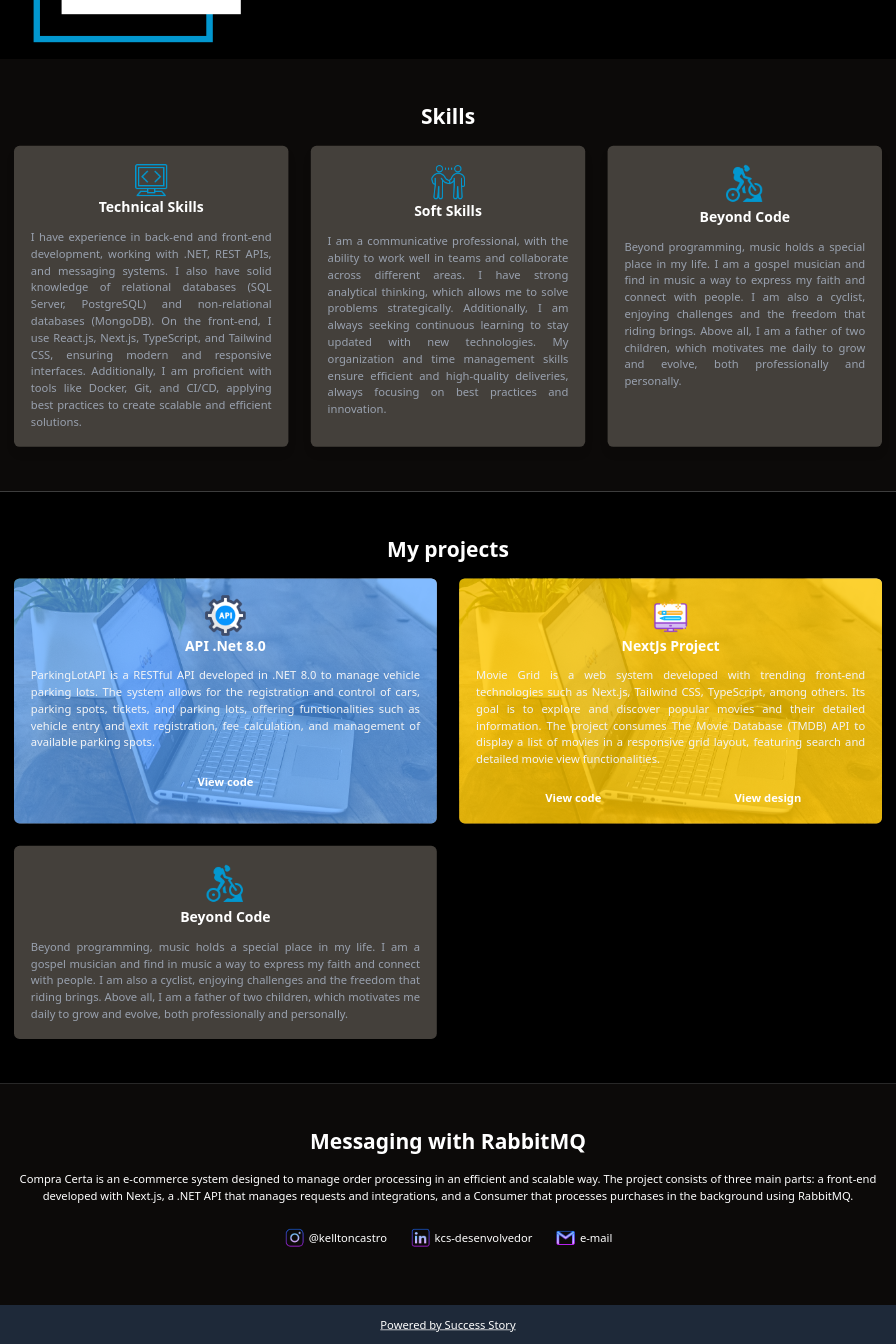
Repository: kcsdesenvolvedor/portfolio
Page: src/index.html
These files come from the project's save history. The page is drawn as it stood at one moment and after the next save; the edit follows.
The browser window is 1280 px wide. The pictures show the part of the page from y = 886 to 2806 px (the page is 2806 px tall before and 2782 px after), at 70% of full size.

Above is the page before, as saved 2025-03-23 16:26:42.
Console error: TypeError: Cannot read properties of null (reading 'textContent')

After the next save:
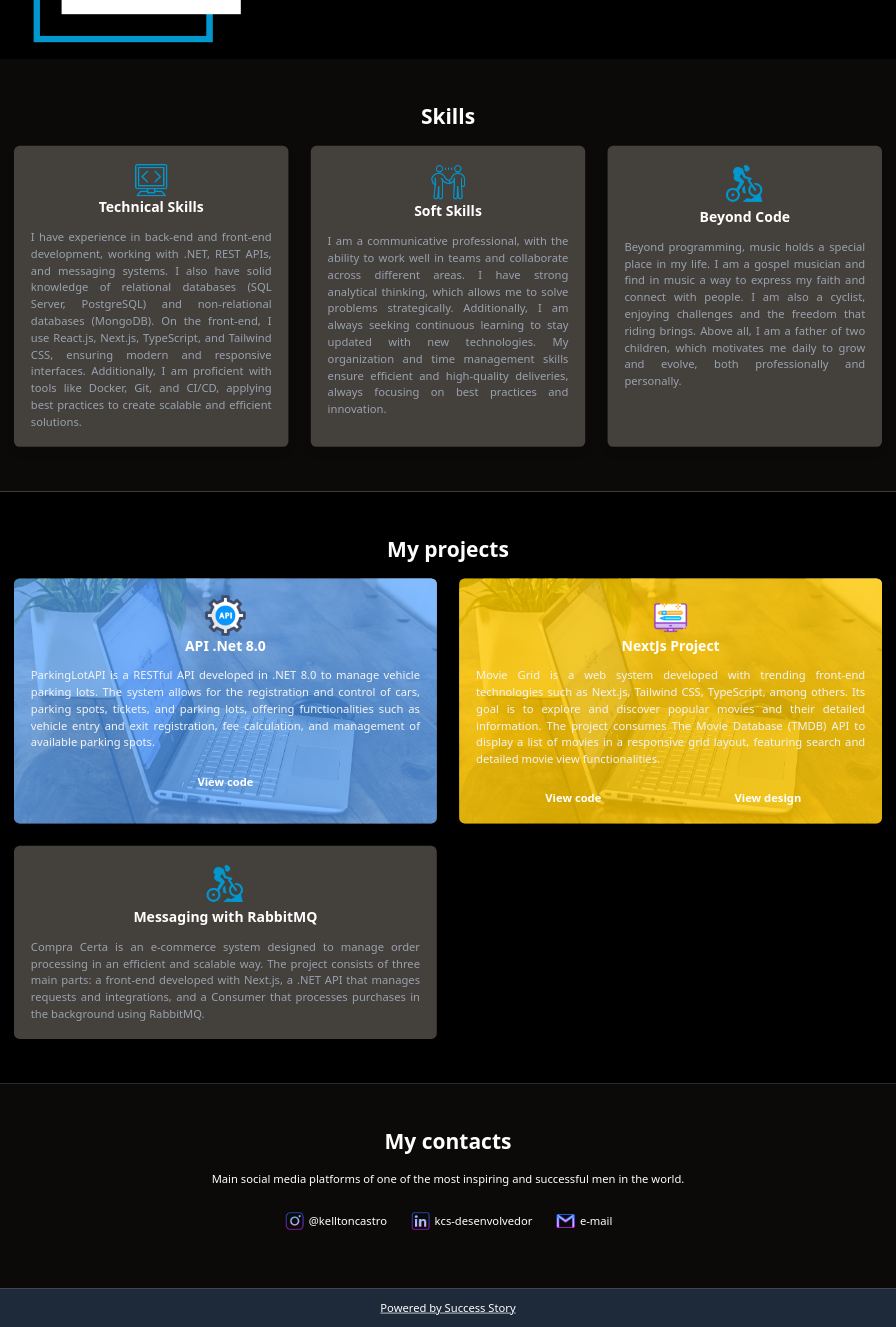
Saved 82 s later.
--- a/src/index.html
+++ b/src/index.html
@@ -235,8 +235,8 @@
                 </div>
                 <div class="flex flex-col items-center bg-stone-700 p-6 rounded-lg shadow-lg">
                     <img src="./img/beyond-code.png" alt="imagem de beyond code">
-                    <h4 class="text-xl text-white font-bold mb-4">Beyond Code</h4>
-                    <p class="text-gray-400 text-justify">Beyond programming, music holds a special place in my life. I am a gospel musician and find in music a way to express my faith and connect with people. I am also a cyclist, enjoying challenges and the freedom that riding brings. Above all, I am a father of two children, which motivates me daily to grow and evolve, both professionally and personally.</p>
+                    <h4 class="text-xl text-white font-bold mb-4">Messaging with RabbitMQ</h4>
+                    <p class="text-gray-400 text-justify">Compra Certa is an e-commerce system designed to manage order processing in an efficient and scalable way. The project consists of three main parts: a front-end developed with Next.js, a .NET API that manages requests and integrations, and a Consumer that processes purchases in the background using RabbitMQ.</p>
                 </div>
             </div>
         </div>
@@ -245,8 +245,8 @@
     <!-- Contato -->
     <section id="contact" class="py-16 bg-stone-950 text-white text-center fade-in">
         <div class="container mx-auto px-2">
-            <h3 class="text-3xl font-bold mb-6">Messaging with RabbitMQ</h3>
-            <p class="mb-8">Compra Certa is an e-commerce system designed to manage order processing in an efficient and scalable way. The project consists of three main parts: a front-end developed with Next.js, a .NET API that manages requests and integrations, and a Consumer that processes purchases in the background using RabbitMQ.</p>
+            <h3 class="text-3xl font-bold mb-6">My contacts</h3>
+            <p class="mb-8">Main social media platforms of one of the most inspiring and successful men in the world.</p>
             <form class="max-w-lg mx-auto">
                 <div class="flex flex-col justify-center lg:flex-row mb-4 gap-8">
                     <a href="https://www.cityfootballgroup.com/" target="_blank">
